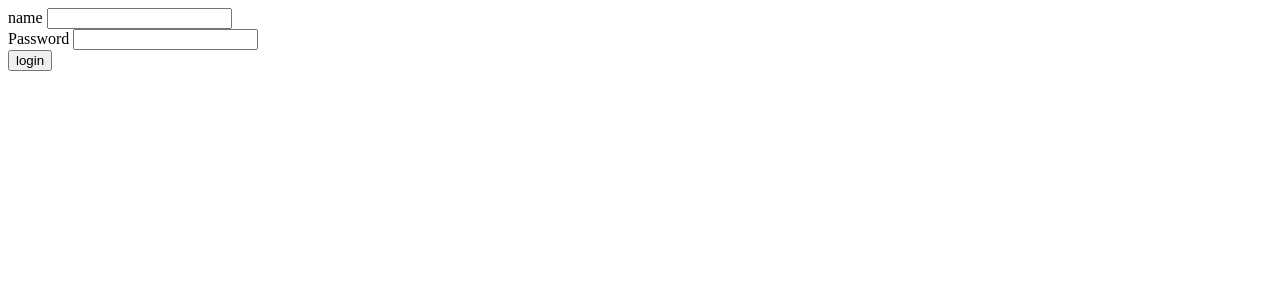
Repository: codelifee/spring-mvc-project
Page: http://localhost/springmvc/
An editor plug-in stored every save of this project. The page is shown before and after the next save, followed by the edit.
The browser window is 1280 px wide. The pictures show the whole page.
The page is served by Tomcat 9.

Above is the page before, as saved 2020-11-12 10:42:06.

After the next save:
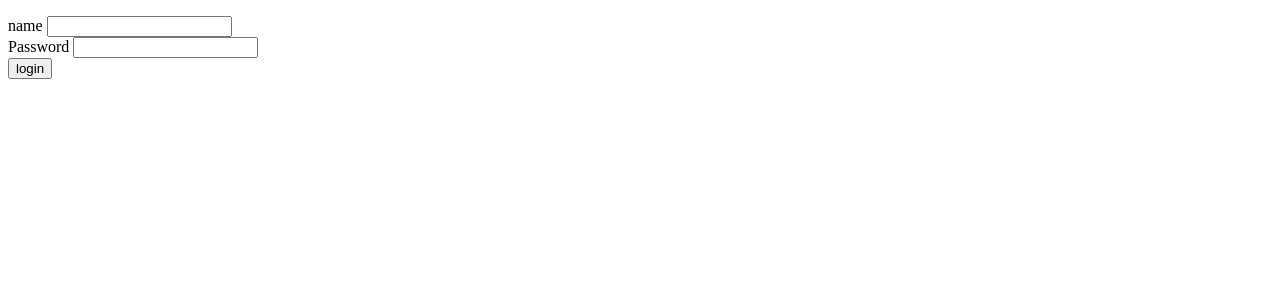
Saved 36 s later.
--- a/springmvc/src/main/webapp/WEB-INF/views/login.jsp
+++ b/springmvc/src/main/webapp/WEB-INF/views/login.jsp
@@ -8,6 +8,7 @@
 </head>
 <body>
 <form action="/login.do" method="post">
+<p>${errorMessage}</p>
 name <input type="text" name="name" /> <br>
 Password <input type="password" name="password" /> <br>
 <input type="submit" value="login"/>
